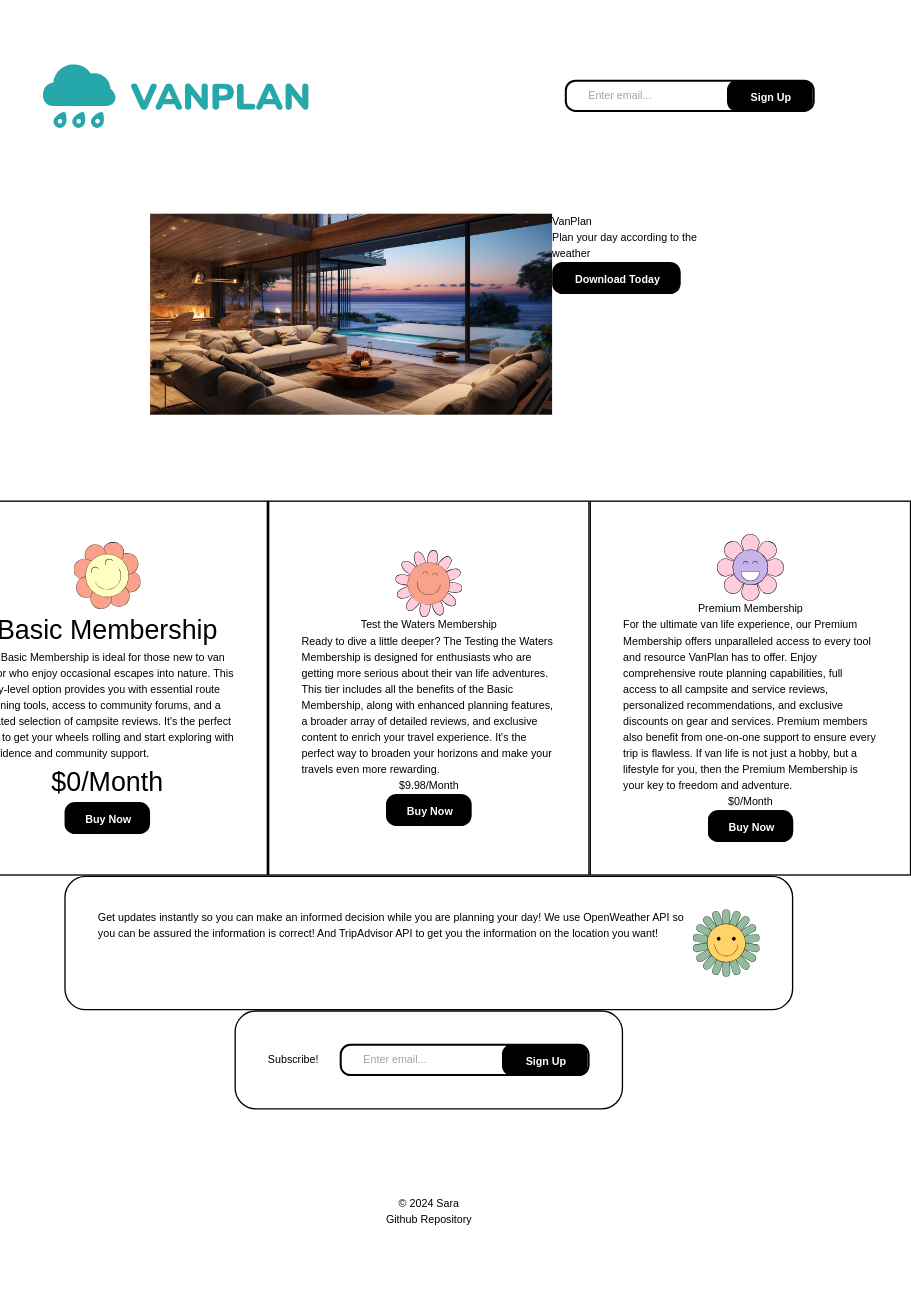
Repository: SaraShio/landing-page
Page: /
These files come from the project's save history. The page is drawn as it stood at one moment and after a run of saves; the edit follows.
The browser window is 1280 px wide. The page is 1360 px wide, so the pictures cover 1360 px, including what lies to the right of the window. The pictures show the whole page, at 67% of full size.
The project was rebuilt for these pictures with package versions that can differ from the ones it lists, and the page was loaded fresh each time. The framework's server and built-in components were replaced by stand-ins that run in the browser. Also part of the build but not shown: next.config.mjs.

Above is the page before, as saved 2024-03-08 21:36:54.

After the next 2 saves:
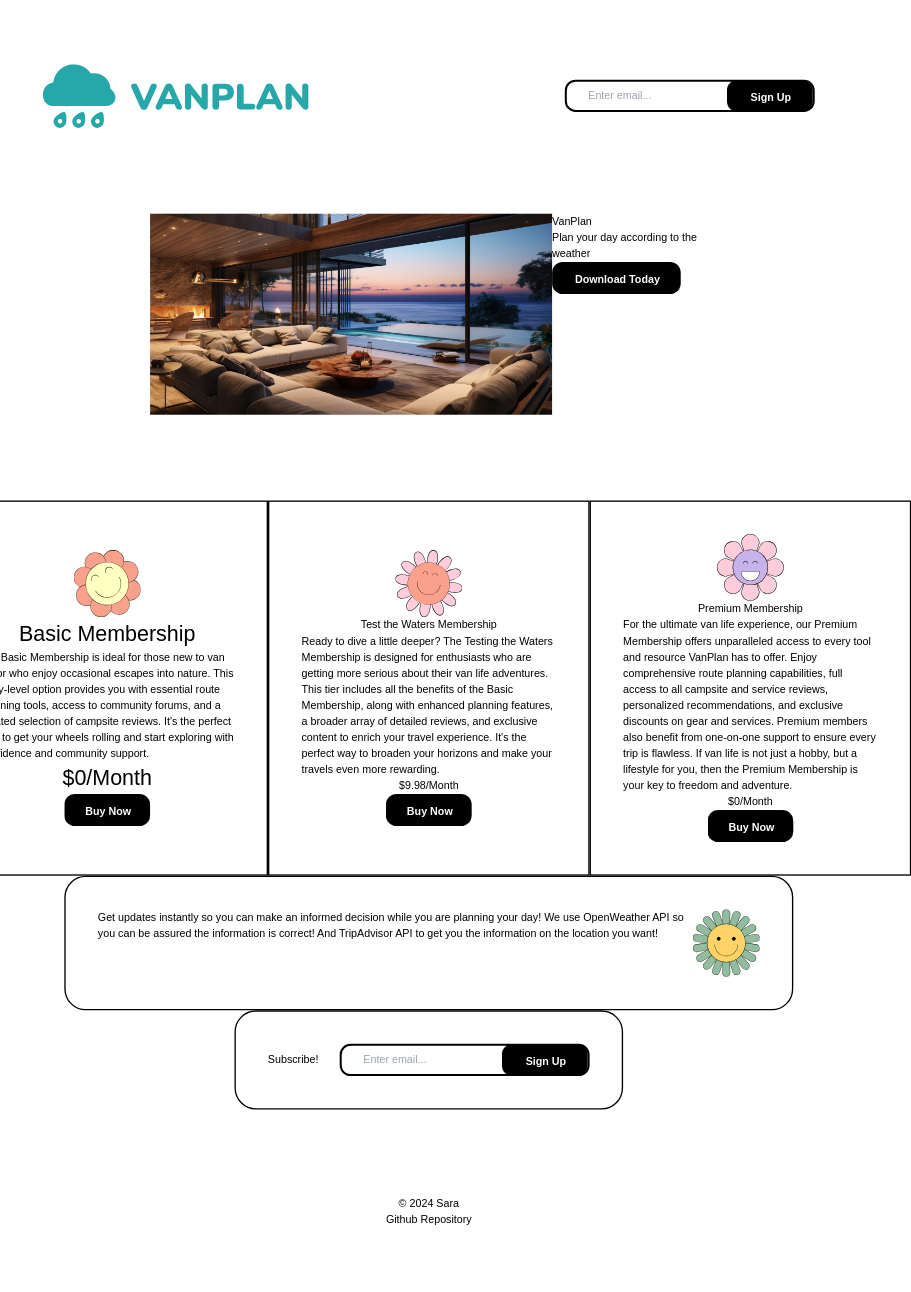
The 2 saves are shown as one change because they came seconds apart.
The last was saved 17 s later.
--- a/components/CardOne/CardOne.module.css
+++ b/components/CardOne/CardOne.module.css
@@ -9,7 +9,7 @@
 }
 
 .card_one_container > h1{
-font-size: 40px;
+font-size: 2rem;
 }
 
 .buy_button{
